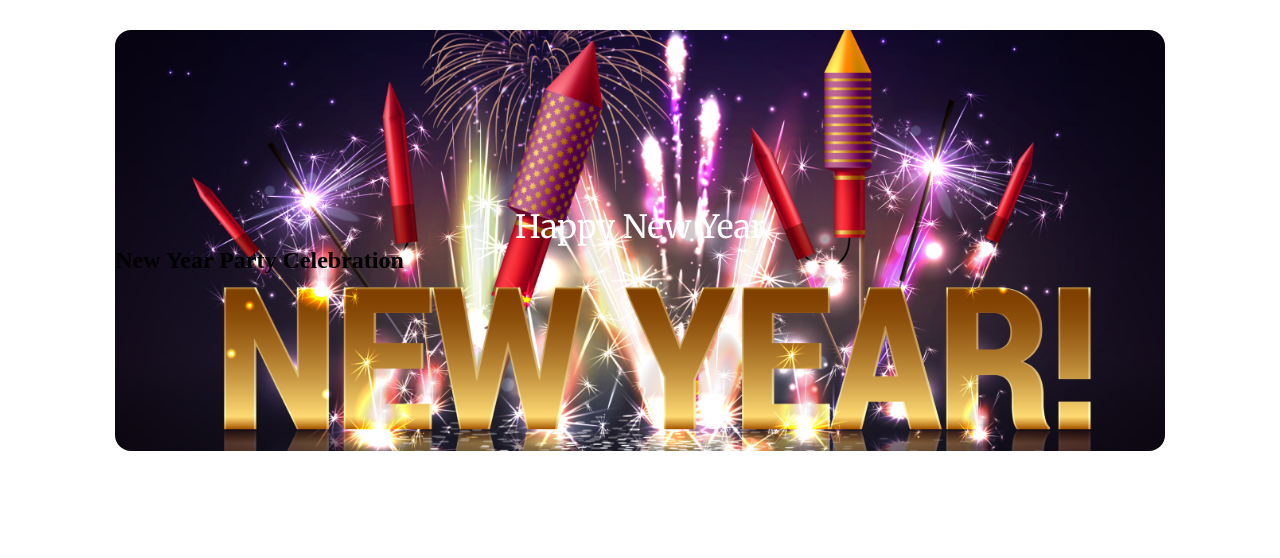
Repository: rahmatahmedrifat/First-Assignment
Page: index.html
An editor plug-in stored every save of this project. The page is shown before and after the next save, followed by the edit.
The browser window is 1280 px wide. The pictures show the whole page.

Above is the page before, as saved 2024-01-07 23:37:46.

### index.html
<!DOCTYPE html>
<html lang="en">
<head>
    <meta charset="UTF-8">
    <meta name="viewport" content="width=device-width, initial-scale=1.0">
    <!-- Title  -->
    <title>New Year 2024</title>
    <!-- favicon icon linked -->
    <link rel="shortcut icon" href="images/banner and other images/New Year Photo.png" type="image/x-icon">
    <!-- style css linked-->
    <link rel="stylesheet" href="Style/style.css">
</head>
<body>
    <!-- header part  -->
    <header>
        <section id="banner">
            <div class="container">
                <div class="banner-container">
                    <div class="banner-content">
                        <h3 class="celebration">Happy New Year</h3>
                        <h2 class="banner-title">New Year Party Celebration</h2>
                    </div>
                </div>
            </div>
        </section>
    </header>
    <!-- main part -->
    <main></main>
    <!--  footer part -->
    <footer></footer>
</body>
</html>

### Style/style.css
/* import google fonts */
@import url('https://fonts.googleapis.com/css2?family=Inter:wght@100;200;300;400;500;600;700;800;900&family=Merriweather:ital,wght@0,300;0,400;0,700;0,900;1,300;1,400;1,700;1,900&display=swap');

*{
    margin: 0;
    padding: 0;
    outline: 0;
}

.container{
    width: 82%;
    margin: 0 auto;
}
#banner{
    margin-top: 30px;
}
.banner-container{
    background-image: url(../images/Banner\ Image.png);
    background-size: cover;
    background-repeat: no-repeat;
    background-position: center;
    border-radius: 16px;
    padding: 177px 0px;
}

.banner-content .celebration{
    color: #FFF;
    text-align: center;
    font-family: Merriweather;
    font-size: 32px;
    font-style: normal;
    font-weight: 400;
    line-height: normal;
}

After the next save:
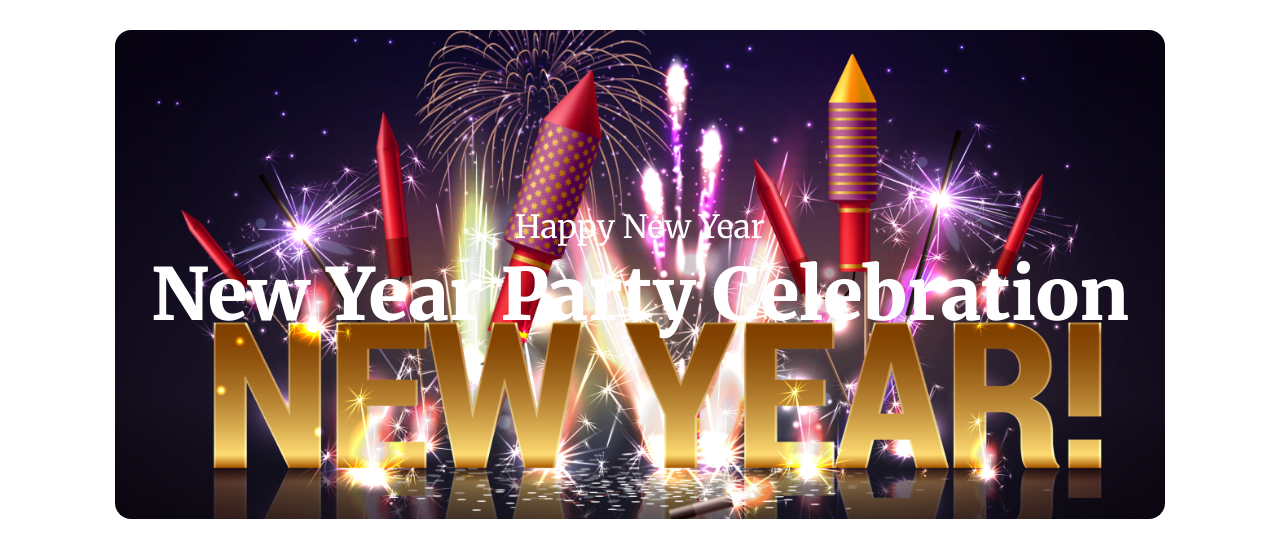
Saved 112 s later.
--- a/Style/style.css
+++ b/Style/style.css
@@ -32,3 +32,12 @@
     font-weight: 400;
     line-height: normal;
 }
+.banner-content .banner-title{
+    color: #FFF;
+    text-align: center;
+    font-family: Merriweather;
+    font-size: 72px;
+    font-style: normal;
+    font-weight: 900;
+    line-height: 95px;
+}
